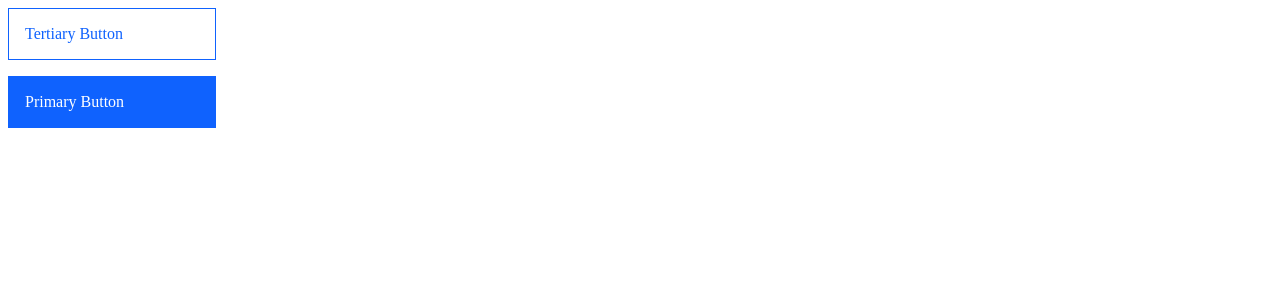
Repository: prav10194/ibm-carbon-components-vanilla
Page: buttons/index.html
The author's editor kept a copy of each file at every save. The page is drawn from the files as they stood at one save, then again after a run of saves.
The browser window is 1280 px wide. The pictures show the whole page.
Some web fonts or font styles are not loaded; a fallback is used.

Above is the page before, as saved 2020-11-12 19:27:56.

After the next 2 saves:
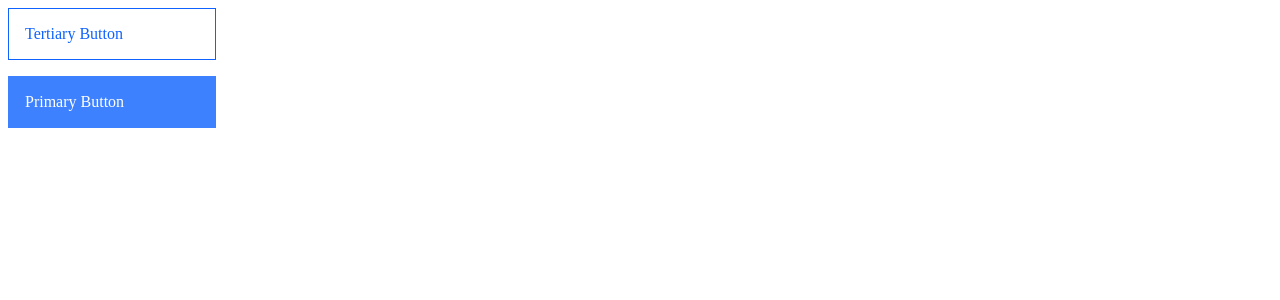
The 2 saves are shown as one change because they came seconds apart.
The last was saved 9 min 13 s later.
--- a/buttons/index.css
+++ b/buttons/index.css
@@ -21,10 +21,12 @@
     padding: 1rem 4rem 1rem 1rem;
     width: 10%;
     font-family: IBM Plex Sans;
+    opacity: 0.8;
 }
 
 .primary-button:hover {
     /* background-color: #0f62fe; */
     /* color: white; */
+    opacity: 1;
     cursor: pointer;
 }

After the save that followed:
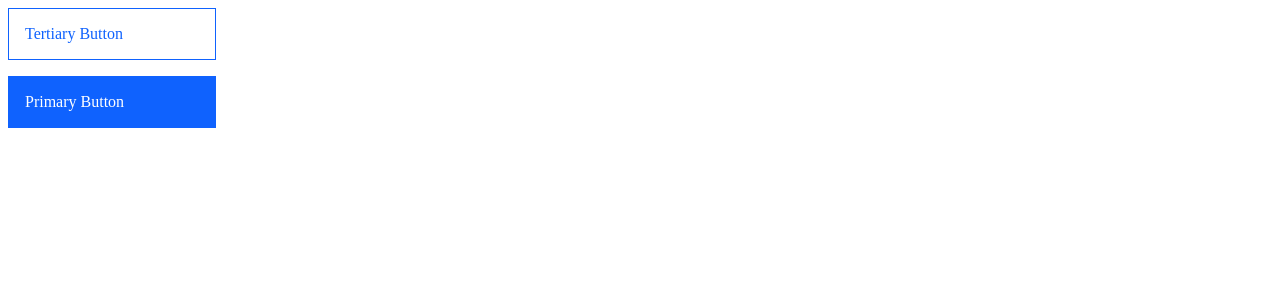
Saved 43 s later.
--- a/buttons/index.css
+++ b/buttons/index.css
@@ -21,12 +21,11 @@
     padding: 1rem 4rem 1rem 1rem;
     width: 10%;
     font-family: IBM Plex Sans;
-    opacity: 0.8;
 }
 
 .primary-button:hover {
     /* background-color: #0f62fe; */
     /* color: white; */
-    opacity: 1;
+    background-color: #0f62fe;
     cursor: pointer;
 }
